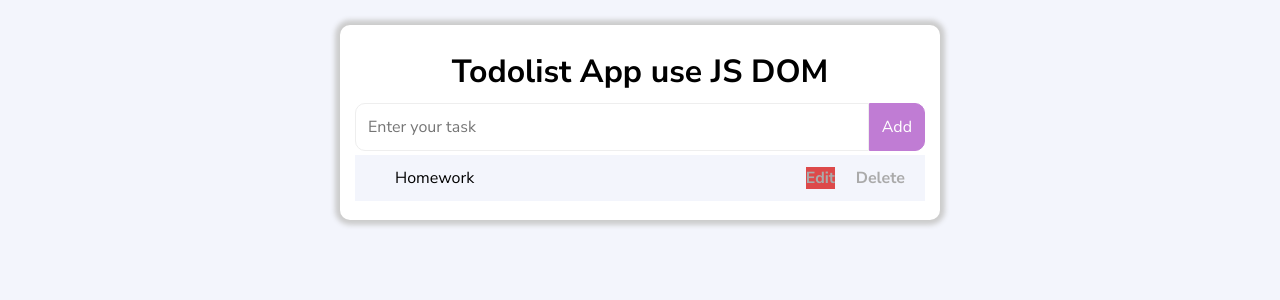
Repository: anhquan74-dev/todolist_app
Page: index.html
The author's editor kept a copy of each file at every save. The page is drawn from the files as they stood at one save, then again after a run of saves.
The browser window is 1280 px wide. The pictures show the whole page.
The pointer rests on the first visible `.edit-btn`.
Some web libraries are served in a nearby version.

Above is the page before, as saved 2022-07-21 16:31:34.

### index.html
<!DOCTYPE html>
<html lang="en">
  <head>
    <meta charset="UTF-8" />
    <meta http-equiv="X-UA-Compatible" content="IE=edge" />
    <meta name="viewport" content="width=device-width, initial-scale=1.0" />
    <title>TodoList Web Application</title>
    <link rel="stylesheet" href="style.css" />
    <link
      rel="stylesheet"
      href="https://cdnjs.cloudflare.com/ajax/libs/font-awesome/6.1.1/css/all.min.css"
      integrity="sha512-KfkfwYDsLkIlwQp6LFnl8zNdLGxu9YAA1QvwINks4PhcElQSvqcyVLLD9aMhXd13uQjoXtEKNosOWaZqXgel0g=="
      crossorigin="anonymous"
      referrerpolicy="no-referrer"
    />
  </head>
  <body>
    <div class="todo-app">
      <h1>Todolist App use JS DOM</h1>
      <div class="form-control">
        <input id="input-text" type="text" placeholder="Enter your task" />
        <button class="add-btn">Add</button>
      </div>
      <ul id="list-item">
        <li class="item">
          Homework
          <a class="edit-btn">Edit</a>
          <a class="delete-btn">Delete</a>
        </li>
      </ul>
    </div>
    <script src="main.js"></script>
  </body>
</html>

### style.css
@import url('https://fonts.googleapis.com/css2?family=Nunito+Sans:ital,wght@0,300;0,400;0,600;0,700;0,800;0,900;1,300;1,400;1,600;1,700;1,800;1,900&display=swap');

*, *::after, *::before {
    margin: 0;
    padding: 0;
    box-sizing: border-box;
}
button, input,
body {
    font-family: 'Nunito Sans', sans-serif;
    background-color: #f3f5fc;
}

input {
    background-color: white;
}

.todo-app {
    background-color: white;
    max-width: 600px;
    margin: 25px auto;
    border-radius: 10px;
    padding: 15px;
    box-shadow: 0px 0px 5px 5px #ccc;
}

h1 {
    text-align: center;
    margin: 10px;
}

.form-control {
    display: flex;
    align-items: center;
}

#input-text {
    font-size: 16px;
    padding: 12px;
    width: 100%;
    outline: none;
    border: 1px solid #eee;
    border-radius: 10px 0px 0px 10px;
}

.add-btn {
    font-size: 16px;
    padding: 12px;
    outline: none;
    border: 1px solid #c07cd4;
    border-radius: 0px 10px 10px 0px;
    cursor: pointer;
    background-color: #c07cd4;
    color: white;
}

.add-btn:hover {
    background-color: #a13bc0;
    border: 1px solid #a13bc0;
}

.list-item {
    list-style-type:none;
    margin-top: 20px;
}

.item {
    padding: 12px 12px 12px 40px;
    background-color: #f3f5fc;
    margin:4px 0;
    position: relative;
    overflow: hidden;
    cursor: pointer;
}

.edit-btn,.delete-btn{
    font-weight: 700;
    color: #aaaaaa;
}

.edit-btn {
    position: absolute;
    top: 50%;
    transform: translateY(-50%);
    right: 90px;
}

.delete-btn {
    position: absolute;
    top: 50%;
    transform: translateY(-50%);
    right: 20px;
}

.item:hover  span{
    opacity: 1;
    transform: translateX(-100%);
}

.edit-btn:hover, .delete-btn:hover{
    background-color: rgba(216, 29, 29, 0.795);
}

li.checked {
    background-color: #d2d9f0;
    text-decoration: line-through;
}

ul li.checked::before {
    content: '';
    position: absolute;
    border-color: black;
    border-style: solid;
    border-width: 0 2px 2px 0;
    top: 12px;
    left: 20px;
    transform: rotate(45deg);
    height: 15px;
    width: 7px;
  }

### main.js
var list = document.querySelector("ul");
list.addEventListener("click", function (ev) {
  if (ev.target.nodeName === "LI") {
    ev.target.classList.toggle("checked");
  }
});

var close = document.getElementsByClassName("close-btn");
var i;
for (i = 0; i < close.length; i++) {
  close[i].onclick = function () {
    var div = this.parentElement;
    div.style.display = "none";
  };
}
//
function newElement() {
  var li = document.createElement("li");
  var inputValue = document.getElementById("input-text").value;
  var t = document.createTextNode(inputValue);
  li.appendChild(t);
  li.className = "item";
  if (inputValue === "") {
    alert("You must write something!");
  } else {
    document.getElementById("list-item").appendChild(li);
  }
  document.getElementById("input-text").value = "";

  var span = document.createElement("SPAN");
  span.className = "close-btn";
  span.innerHTML = '<i class="fa-solid fa-trash-can">';
  li.appendChild(span);

  for (i = 0; i < close.length; i++) {
    close[i].onclick = function () {
      var div = this.parentElement;
      div.style.display = "none";
    };
  }
}

After the next 14 saves:
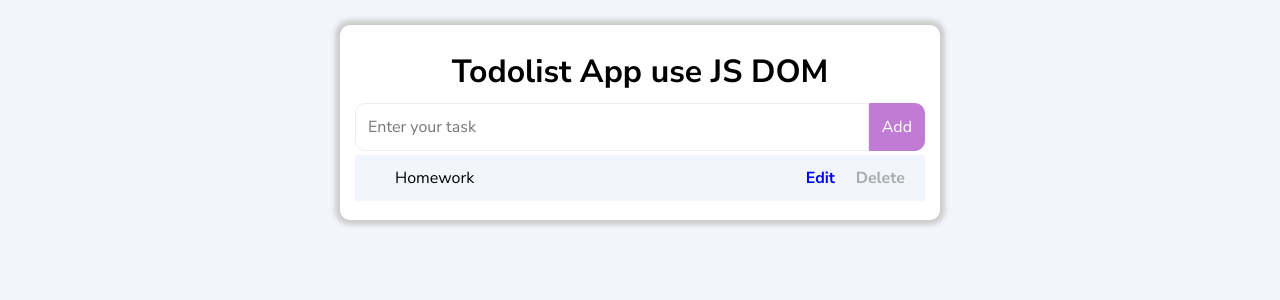
The 14 saves are shown as one change because they came seconds apart.
The last was saved 30 s later.
--- a/style.css
+++ b/style.css
@@ -97,8 +97,13 @@ h1 {
     transform: translateX(-100%);
 }
 
-.edit-btn:hover, .delete-btn:hover{
-    background-color: rgba(216, 29, 29, 0.795);
+.edit-btn:hover {
+    color: blue;
+}
+
+.delete-btn:hover {
+    color: red;
+
 }
 
 li.checked {
